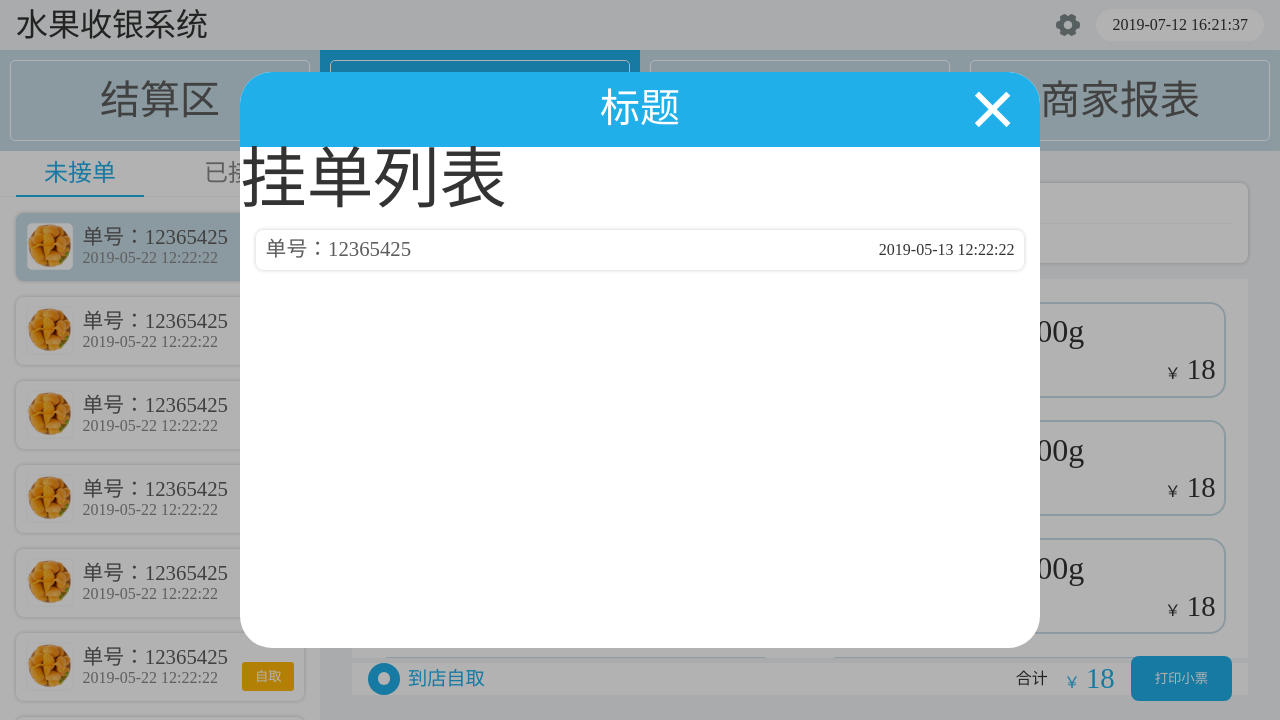
Repository: missing-star/fruit
Page: index.html
The author's editor kept a copy of each file at every save. The page is drawn from the files as they stood at one save, then again after the next save.
The browser window is 1280 px wide. The pictures show the whole page.
An inner scrolling area shows only its first screen.

Above is the page before, as saved 2019-07-15 10:19:41.

After the next save:
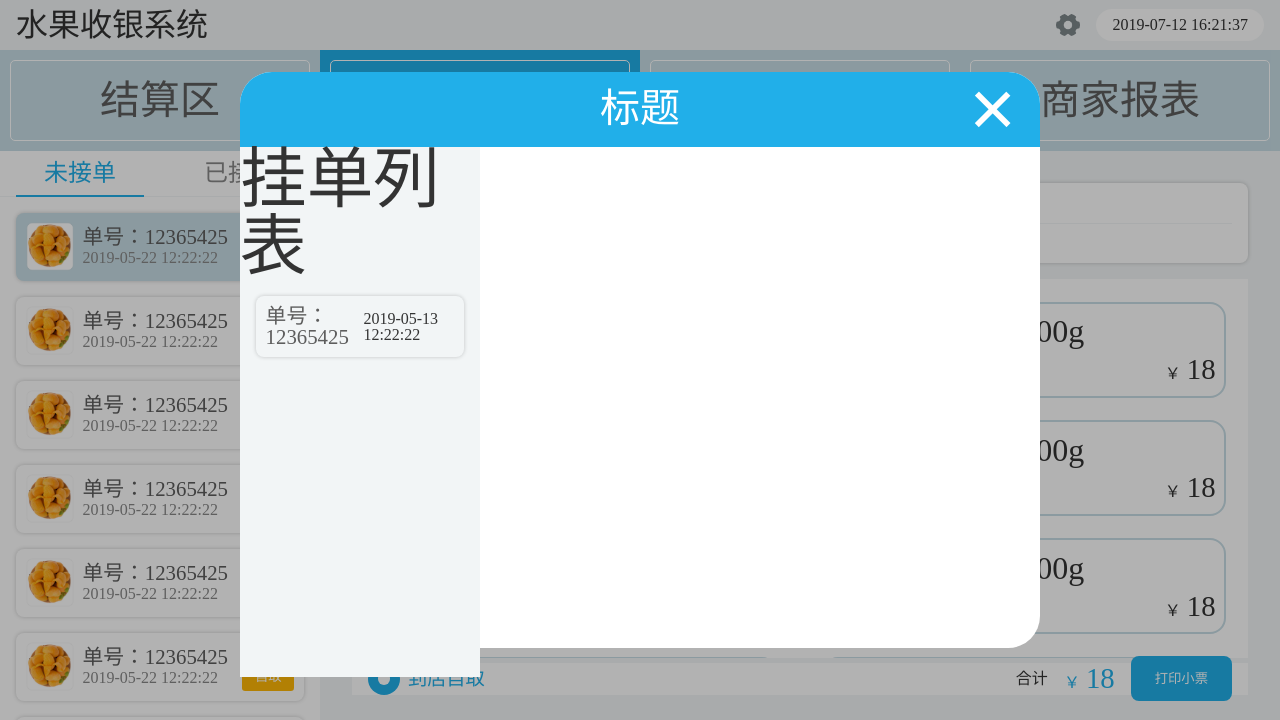
Saved 2 min 29 s later.
--- a/css/index.css
+++ b/css/index.css
@@ -718,3 +718,8 @@ button.dialog-close {
 button.dialog-close:hover{
     transform: rotate(180deg);
 }
+.order-list-left {
+    background: #F2F5F6;
+    width: 30%;
+    height: 100%;
+}
